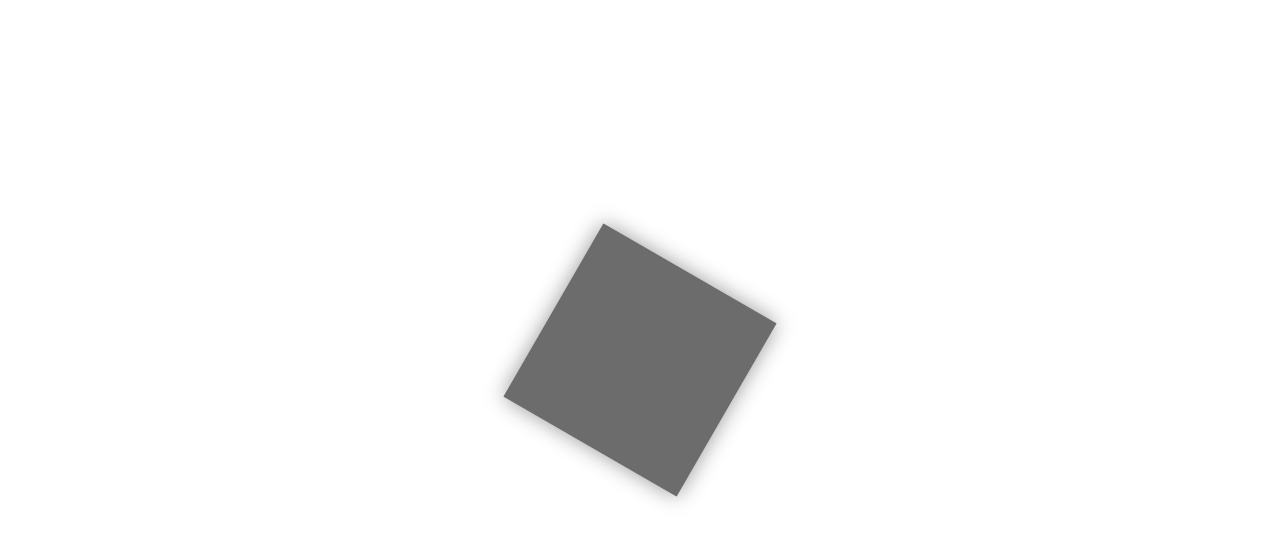
Repository: randgars/game
Page: index.html
An editor plug-in stored every save of this project. The page is shown before and after the next save, followed by the edit.
The browser window is 1280 px wide. The pictures show the whole page.

Above is the page before, as saved 2017-09-29 10:12:00.

### index.html
<!DOCTYPE html>
<html lang="en">
<head>
    <meta charset="UTF-8">
    <meta name="viewport" content="width=device-width, initial-scale=1.0">
    <meta http-equiv="X-UA-Compatible" content="ie=edge">
    <title>Document</title>
    <link rel="stylesheet" href="./style.css">
</head>
<body>
    <div class="square"></div>
</body>
</html>

### style.css
body {
    padding: 0;
    margin: 0;
    display: flex;
    justify-content: center;
    align-items: center;
    height: 100vh;
}
.square {
    height: 200px;
    width: 200px;
    background-color: rgba(35, 35, 35, 1);
    box-shadow: 0 0 20px rgba(0, 0, 0, .4);
    animation-name: spin;
    animation-duration: 3s;
    animation-iteration-count: infinite;
    animation-timing-function: linear;
    animation-delay: 1s;
}

@keyframes spin {
    from {
        transform: rotate(0deg);
    }
    to {
        transform: rotate(360deg);
        background-color: rgba(35, 35, 35, 0)
    }
}

After the next save:
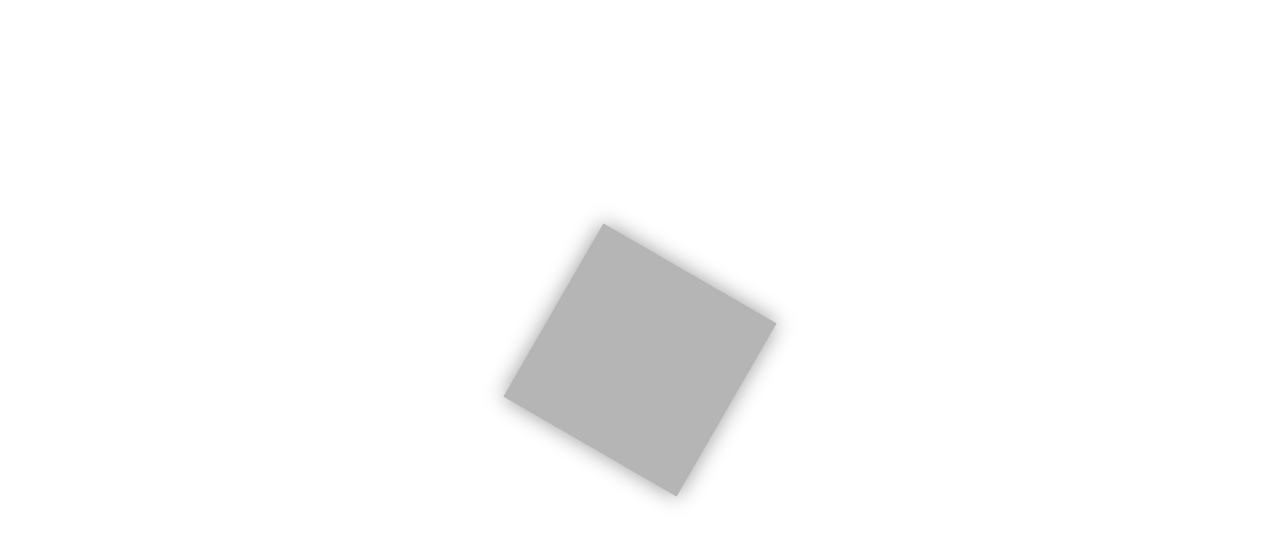
Saved 20 s later.
--- a/style.css
+++ b/style.css
@@ -22,8 +22,10 @@ body {
     from {
         transform: rotate(0deg);
     }
+    50% {
+        background-color: rgba(35, 35, 35, 0);
+    }
     to {
         transform: rotate(360deg);
-        background-color: rgba(35, 35, 35, 0)
     }
 }
